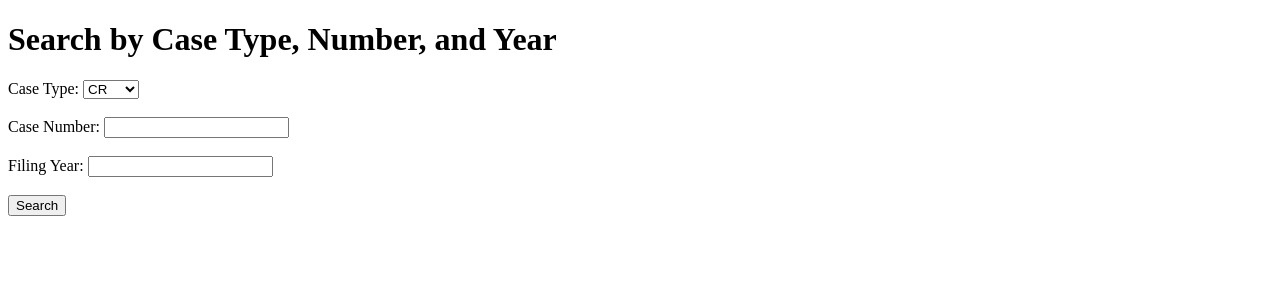
Repository: moatazbenma/Internship_task
Page: http://localhost/
These files come from the project's save history. The page is drawn as it stood at one moment and after the next save; the edit follows.
The browser window is 1280 px wide. The pictures show the whole page.
The page is served by the project's application, run on Django 5.2 (court_project/manage.py).

Above is the page before, as saved 2025-08-02 07:38:45.

After the next save:
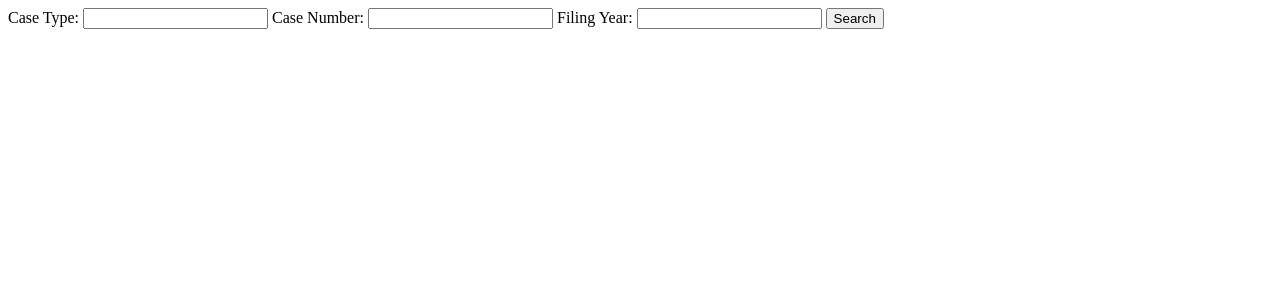
Saved 2 h 41 min later.
--- a/court_projects/court_project/case_search/templates/case_search/search_form.html
+++ b/court_projects/court_project/case_search/templates/case_search/search_form.html
@@ -1,43 +1,12 @@
-<!DOCTYPE html>
-<html>
-<head>
-    <title>Search Case</title>
-</head>
-<body>
-    <h1>Search by Case Type, Number, and Year</h1>
-    <form method="POST">
-        {% csrf_token %}
-        <label for="case_type">Case Type:</label>
-        <select name="case_type" required>
-            <option value="CR">CR</option>
-            <option value="MISC">MISC</option>
-            <option value="CC">CC</option>
-            <!-- Add more if needed -->
-        </select><br><br>
+<form method="GET" action="/search/">
+  <label>Case Type:</label>
+  <input type="text" name="case_type" required>
 
-        <label for="case_number">Case Number:</label>
-        <input type="text" name="case_number" required><br><br>
+  <label>Case Number:</label>
+  <input type="text" name="case_number" required>
 
-        <label for="year">Filing Year:</label>
-        <input type="text" name="year" required><br><br>
+  <label>Filing Year:</label>
+  <input type="number" name="year" required>
 
-        <button type="submit">Search</button>
-    </form>
-
-    {% if case %}
-        <h2>Case Details</h2>
-        <p><strong>Case Number:</strong> {{ case.case_number }}</p>
-        <p><strong>Petitioner:</strong> {{ case.petitioner }}</p>
-        <p><strong>Respondent:</strong> {{ case.respondent }}</p>
-        <p><strong>Court:</strong> {{ case.court_name }}</p>
-        <p><strong>Status:</strong> {{ case.status }}</p>
-
-        <h3>Orders</h3>
-        <ul>
-            {% for order in case.orders.all %}
-                <li>{{ order.date }}: <a href="{{ order.pdf_url }}" target="_blank">{{ order.summary }}</a></li>
-            {% endfor %}
-        </ul>
-    {% endif %}
-</body>
-</html>
+  <button type="submit">Search</button>
+</form>
